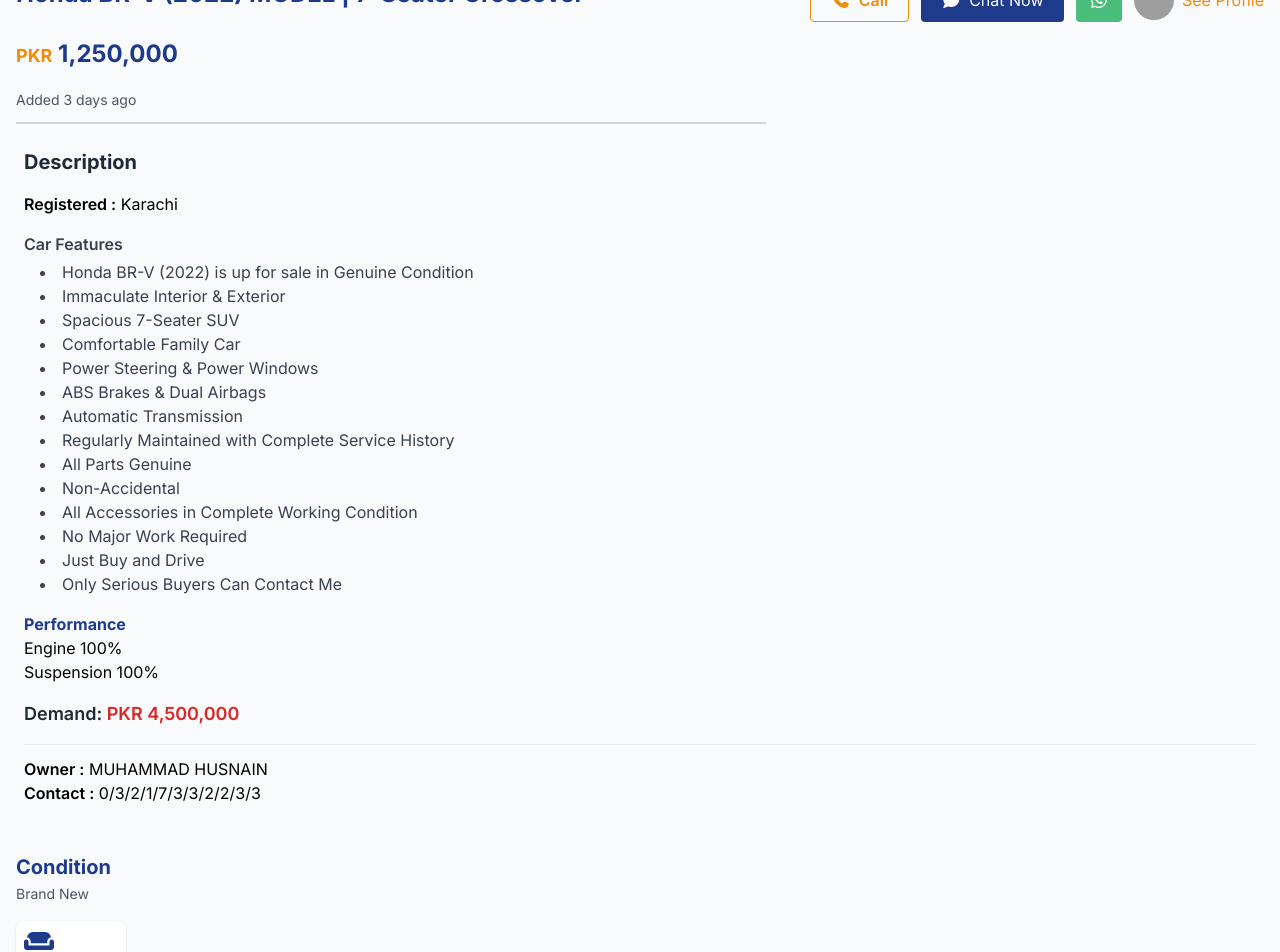
Repository: ARFA-SAEED/miljayega
Page: src/motorsPage/bikes_1.html
The author's editor kept a copy of each file at every save. The page is drawn from the files as they stood at one save, then again after the next save.
The browser window is 1280 px wide. The pictures show the part of the page from y = 679 to 1631 px (the page is 2666 px tall).
Pictures or frames that could not be fetched are drawn as grey boxes. A picture or video elsewhere on the page could not be fetched, so the positions and the page height are approximate. Some web fonts or font styles are not loaded; a fallback is used. Some web libraries are served in a nearby version.

Above is the page before, as saved 2025-08-25 13:25:43.

After the next save:
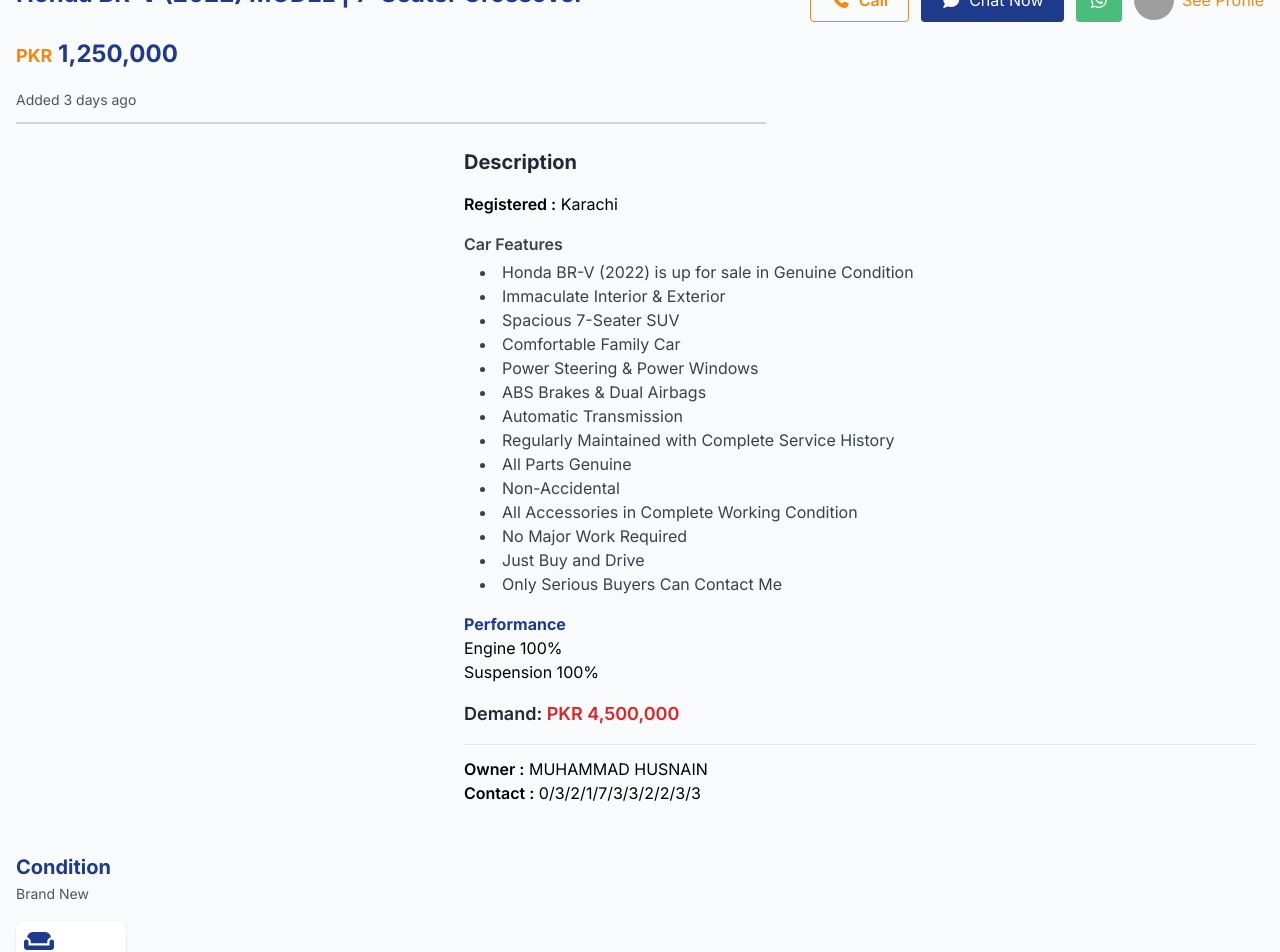
Saved 32 s later.
--- a/src/motorsPage/bikes_1.html
+++ b/src/motorsPage/bikes_1.html
@@ -146,7 +146,7 @@
         <p class="text-gray-600 text-sm mt-5 pb-3 border-b border-gray-300 border-b-2 w-[750px]">Added 3 days ago</p>
     </div>
 
-    <div class=" p-6 mx-auto space-y-4">
+    <div class=" p-6 ms-[440px] space-y-4">
         <h3 class="text-xl font-bold text-gray-800">Description</h3>
 
         <p><span class="font-semibold">Registered :</span> Karachi</p>
